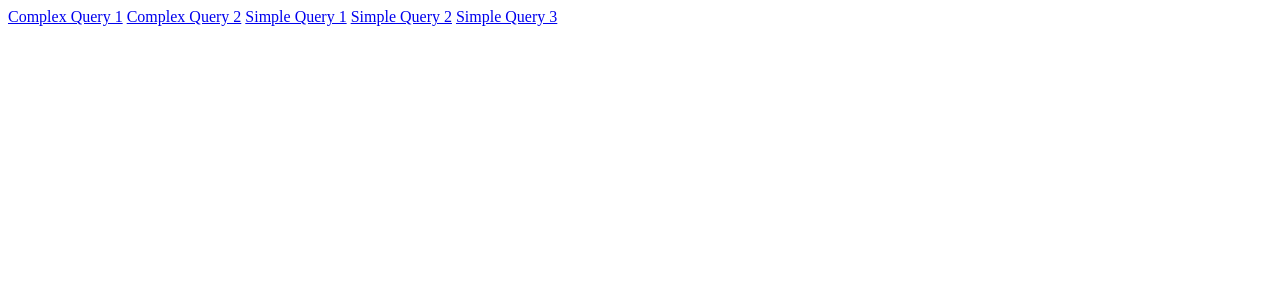
Repository: tanmaysarin/csjobdatabase
Page: http://localhost/CS480Demo/jsps/Queries/AllQueries.jsp
The author's editor kept a copy of each file at every save. The page is drawn from the files as they stood at one save, then again after the next save.
The browser window is 1280 px wide. The pictures show the whole page.
The page is served by Tomcat 9. Other server files are loaded and not shown.

Above is the page before, as saved 2020-08-02 01:55:41.

### CS480Demo/WebContent/jsps/Queries/AllQueries.jsp
<%@ page language="java" contentType="text/html; charset=UTF-8"
    pageEncoding="UTF-8"%>
<%@ taglib prefix="c" uri="http://java.sun.com/jsp/jstl/core" %>
<!DOCTYPE html PUBLIC "-//W3C//DTD HTML 4.01 Transitional//EN" "http://www.w3.org/TR/html4/loose.dtd">
<html>
<head>
<meta http-equiv="Content-Type" content="text/html; charset=UTF-8">

</head>

	<a href="<%=request.getContextPath()%>/CQuery1Servlet?">Complex Query 1</a>

	<a href="<%=request.getContextPath()%>/CQuery2Servlet?">Complex Query 2</a>

	<a href="<%=request.getContextPath()%>/SimpleQuery1Servlet?">Simple Query 1</a>

	<a href="<%=request.getContextPath()%>/SimpleQuery2Servlet?">Simple Query 2</a>

	<a href="<%=request.getContextPath()%>/SimpleQuery3Servlet?">Simple Query 3</a>

</body>
</html>

After the next save:
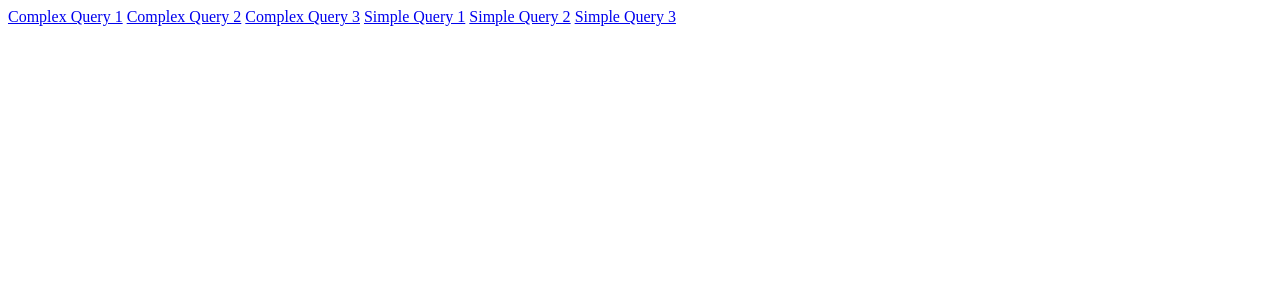
Saved 19 s later.
--- a/CS480Demo/WebContent/jsps/Queries/AllQueries.jsp
+++ b/CS480Demo/WebContent/jsps/Queries/AllQueries.jsp
@@ -12,6 +12,8 @@
 
 	<a href="<%=request.getContextPath()%>/CQuery2Servlet?">Complex Query 2</a>
 
+	<a href="<%=request.getContextPath()%>/CQuery3Servlet?">Complex Query 3</a>
+
 	<a href="<%=request.getContextPath()%>/SimpleQuery1Servlet?">Simple Query 1</a>
 
 	<a href="<%=request.getContextPath()%>/SimpleQuery2Servlet?">Simple Query 2</a>
